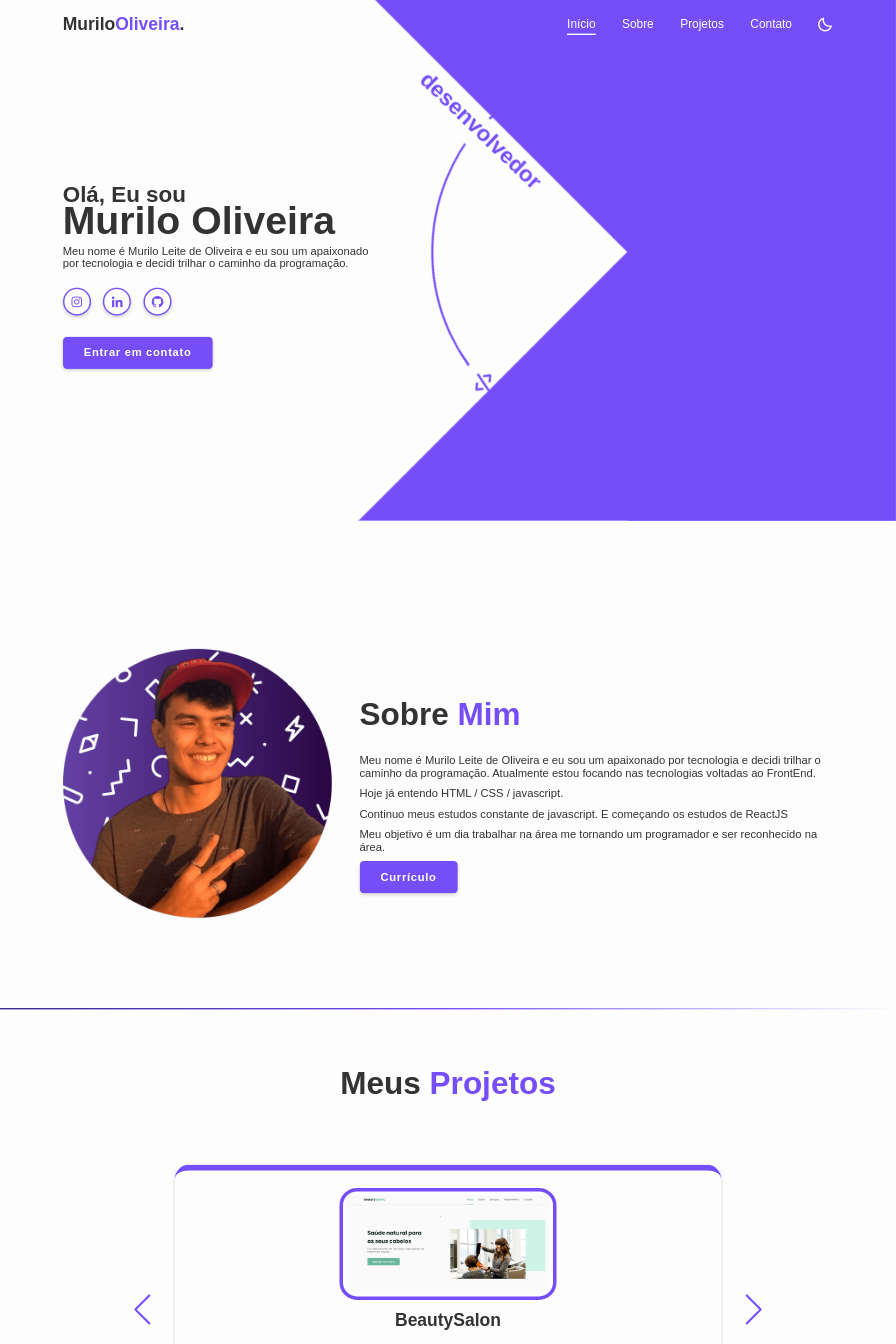
Repository: devMuriloOliveira/Portfolio-
Page: index.html
An editor plug-in stored every save of this project. The page is shown before and after the next save, followed by the edit.
The browser window is 1280 px wide. The pictures show the part of the page from y = 0 to 1920 px (the page is 2943 px tall), at 70% of full size.

Above is the page before, as saved 2023-04-06 18:15:37.

After the next save:
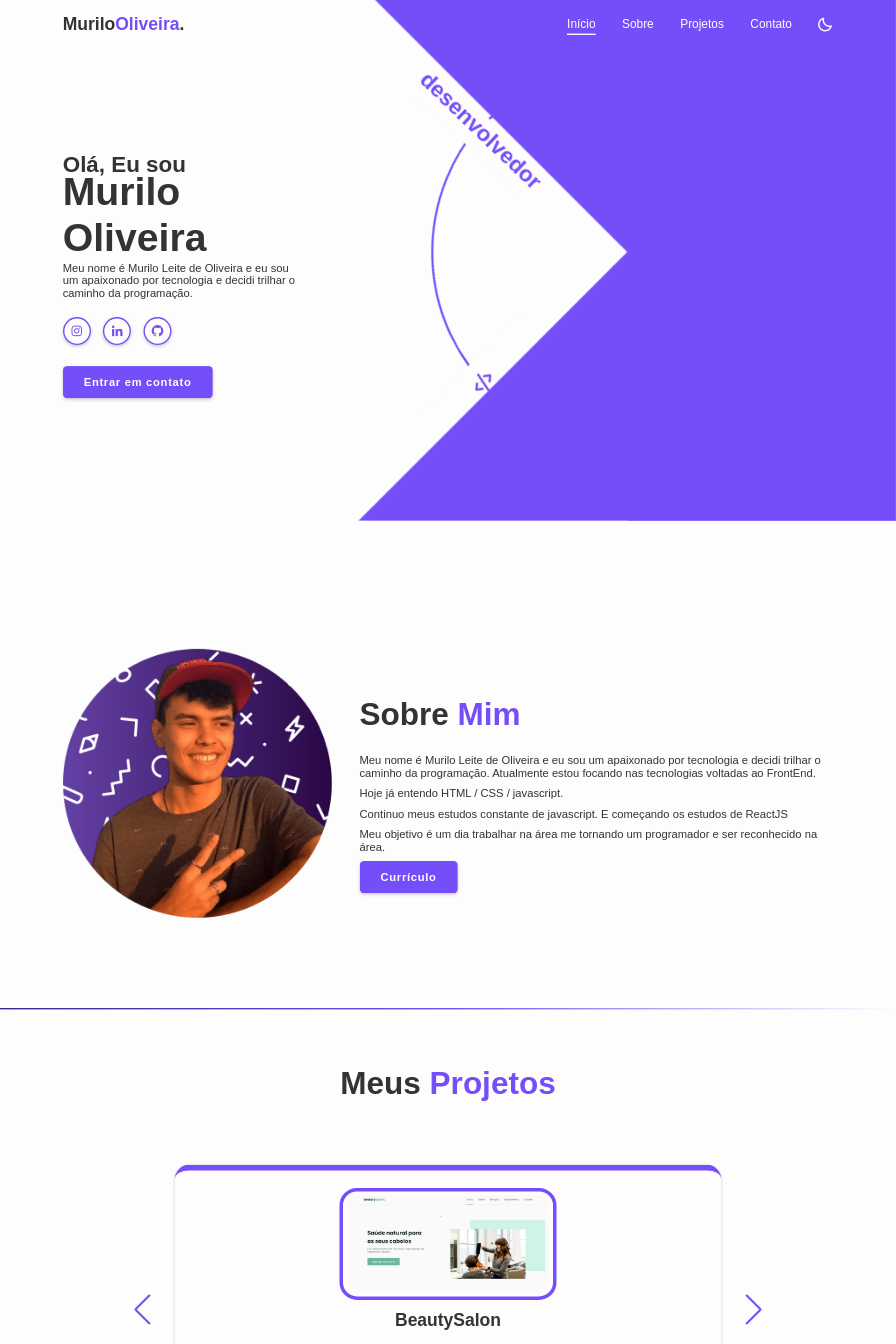
Saved 2 min 3 s later.
--- a/style.css
+++ b/style.css
@@ -135,7 +135,7 @@ section{
 }
 
 .inicio .inicio-content{
-  max-width: 44rem;
+  max-width: 34rem;
 }
 
 .inicio-content h3{
